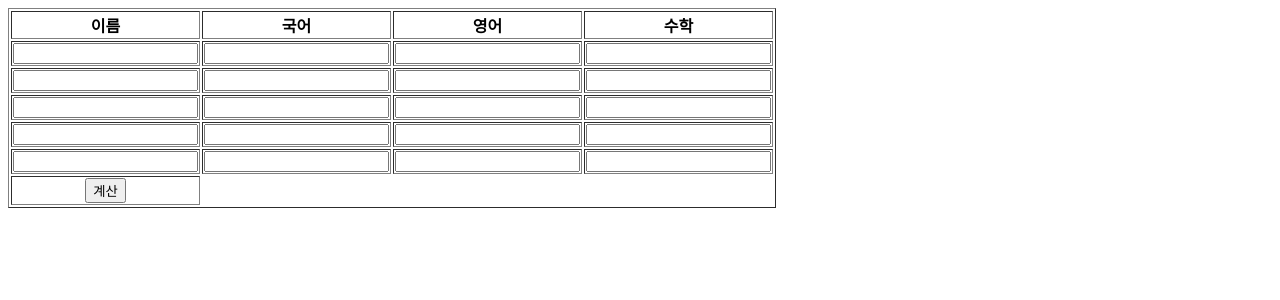
Repository: hjh5217/newJSP
Page: http://localhost/jspProj/subject/sumAvg.jsp
These files come from the project's save history. The page is drawn as it stood at one moment and after the next save; the edit follows.
The browser window is 1280 px wide. The pictures show the whole page.
The page is served by Tomcat 9. Other server files are loaded and not shown.

Above is the page before, as saved 2023-07-27 08:02:47.

### jspProj/src/main/webapp/subject/sumAvg.jsp
<%@ page language="java" contentType="text/html; charset=UTF-8"
    pageEncoding="UTF-8"%>
<!DOCTYPE html>
<html>
<head>
<meta charset="UTF-8">
<title>국영수 점수 계산하기</title>
</head>
<body>
	<form action="">
		<table border="">
			<tr>
				<th>이름</th>
				<th>국어</th>
				<th>영어</th>
				<th>수학</th>
			</tr>
			<% for(int i=0; i<5;i++){ %>
			<tr>
				<td><input type="text" name="name"></td>
				<td><input type="text" name="kor"></td>
				<td><input type="text" name="eng"></td>
				<td><input type="text" name="math"></td>
			</tr>
			<%} %>
			<tr>
				<td align="center">
					<input type="submit" value="계산"/>
				</td>
			</tr>
		</table>
	</form>
</body>
</html>

After the next save:
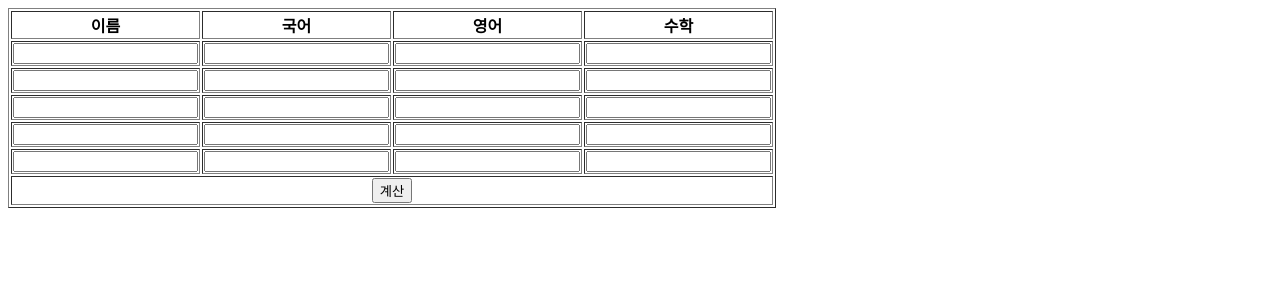
Saved 26 s later.
--- a/jspProj/src/main/webapp/subject/sumAvg.jsp
+++ b/jspProj/src/main/webapp/subject/sumAvg.jsp
@@ -24,7 +24,7 @@
 			</tr>
 			<%} %>
 			<tr>
-				<td align="center">
+				<td colspan="4" align="center">
 					<input type="submit" value="계산"/>
 				</td>
 			</tr>
